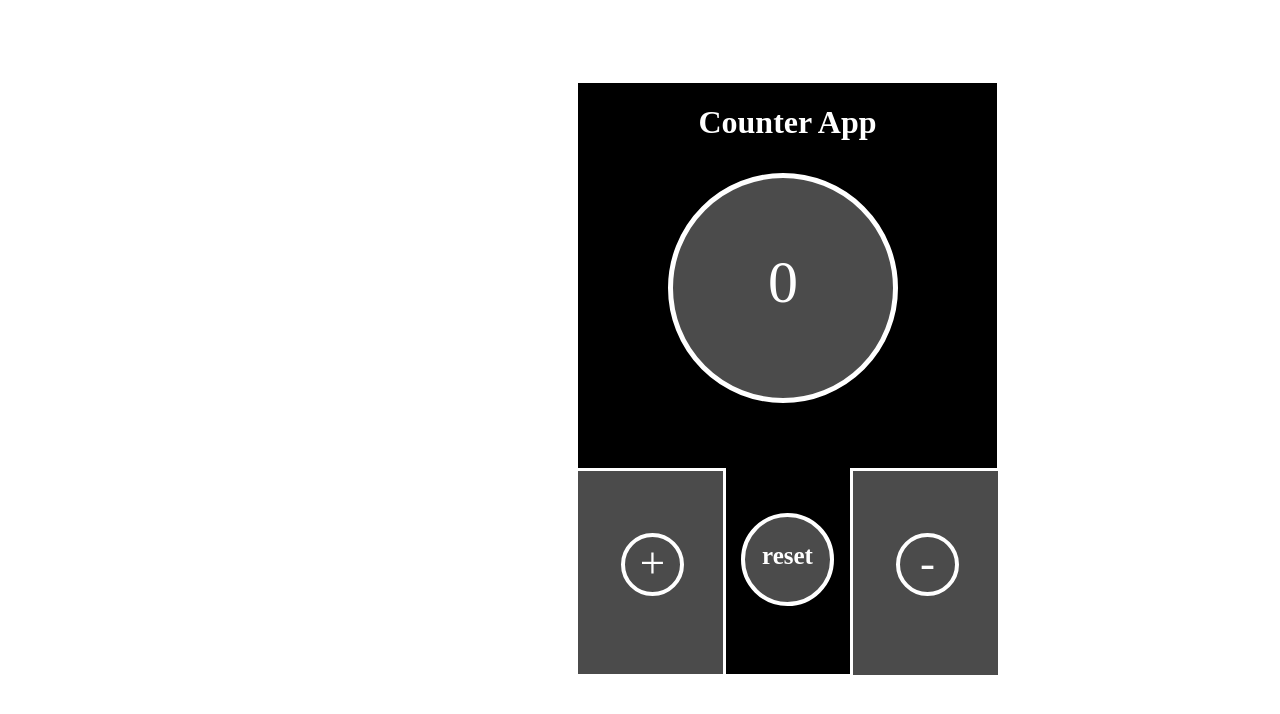
Repository: sara55m/Counter_App
Page: index.html
These files come from the project's save history. The page is drawn as it stood at one moment and after the next save; the edit follows.
The browser window is 1280 px wide. The pictures show the whole page.
The pointer rests on the first visible `.decrease`.

Above is the page before, as saved 2024-08-01 04:07:27.

### index.html
<!DOCTYPE html>
<html lang="en">
<head>
    <meta charset="UTF-8">
    <meta name="viewport" content="width=device-width, initial-scale=1.0">
    <title>Document</title>
    <link rel="stylesheet" href="css/style.css">
</head>
<body>
    <div class="container">
        <h1>Counter App</h1>
        <div class="main" id="main"><p class="one" id="one"></p></div>
        <div class="increase" id="increase" onclick="increase()"><div class="increase2">+</div></div>
        <div class="decrease" id="decrease" onclick="decrease()"><div class="decrease2">-</div></div>
        <div class="reset" onclick="reset_1()"><p class="third">reset</p></div>
    </div>
    <script src="js/script.js"></script>
</body>
</html>

### css/style.css
.container{
    position: absolute;
    top:80px;
    left:575px;
    height:591px;
    width:419px;
    background-color: black;
    border:3px solid white;
}
h1{
    text-align: center;
    color:white;
    margin-bottom: 10px;
}
p.one{
    text-align: center;
    font-size: 60px;

}

.main{
    position:absolute;
    top:90px;
    left:90px;
    height:200px;
    width:200px;
    border:5px solid white;
    background-color:#4b4b4b;
    font-size: 50px;
    padding:10px;
    color:white;
    border-radius:50%;

}

.increase{
    position:absolute;
    top:385px;
    left:0px;
    height:203px;
    width:145px;
    background-color:#4b4b4b;
    border-top:3px solid white;
    border-right: 3px solid white;
}
.increase:hover{
    background-color:#673030;

}

.increase .increase2{
    position:absolute;
    top:62px;
    left:43px;
    height:55px;
    width:55px;
    border-radius: 50%;
    border:4px solid white;
    background-color:#4b4b4b;
    text-align: center;
    font-size: 45px;
    color:white;
}

.decrease{
    position:absolute;
    top:385px;
    left:272px;
    background-color:#4b4b4b;
    height:204px;
    width:145px;
    border-top:3px solid white;
    border-left: 3px solid white;

}
.decrease .decrease2{
    position:absolute;
    top:62px;
    left:43px;
    height:55px;
    width:55px;
    border-radius: 50%;
    border:4px solid white;
    background-color:#4b4b4b;
    text-align: center;
    font-size: 45px;
    color:white;
}

.reset{
    position:absolute;
    top:430px;
    left:163px;
    height:85px;
    width:85px;
    border-radius: 50%;
    background-color:#4b4b4b;
    font-weight: bolder;
    border:4px solid white;

}

p.third{
    font-size: 25px;
    text-align: center;
    color:white;
}

### js/script.js
let count=0;
document.getElementById("one").innerHTML=count;
function increase(){
    count+=1;
    document.getElementById("one").innerHTML=count;
}

function reset_1(){
    count=0;
    document.getElementById("one").innerHTML=count;
}

count=0;
document.getElementById("one").innerHTML=count;
function decrease(){
    count-=1;
    document.getElementById("one").innerHTML=count;

}

After the next save:
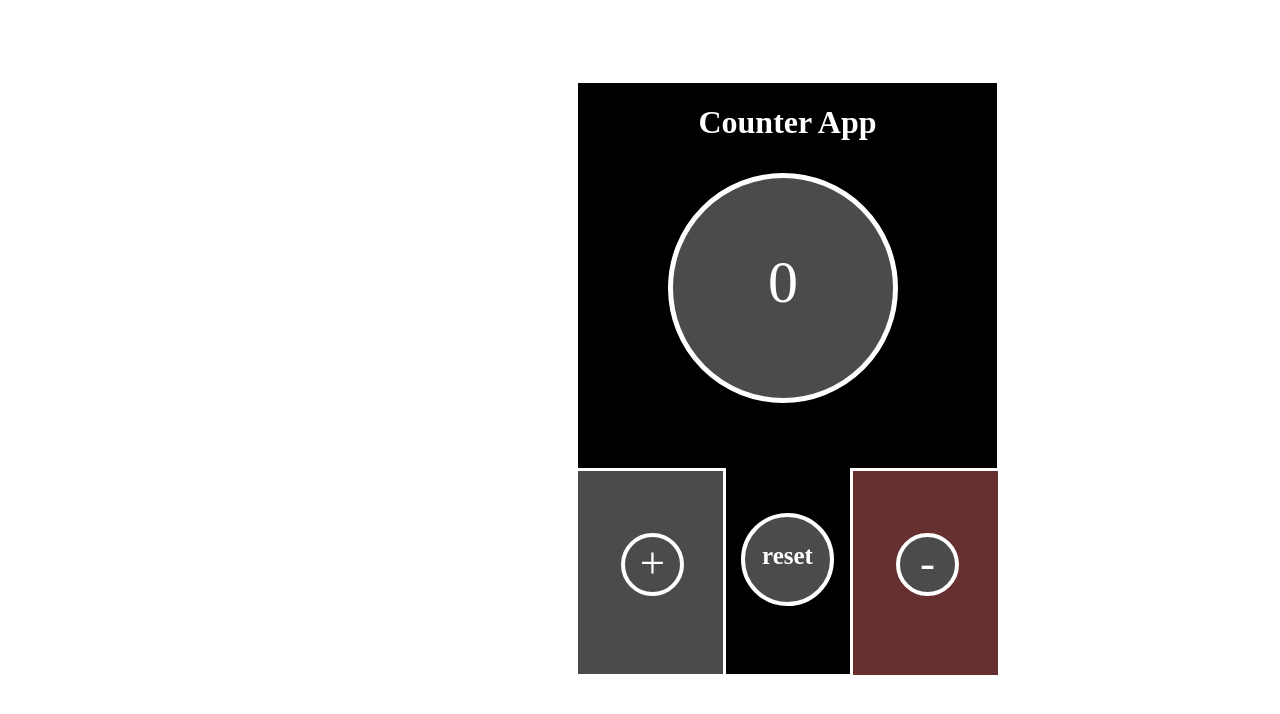
Saved 57 s later.
--- a/css/style.css
+++ b/css/style.css
@@ -73,6 +73,10 @@ p.one{
     border-left: 3px solid white;
 
 }
+.decrease:hover{
+    background-color:#673030;
+
+}
 .decrease .decrease2{
     position:absolute;
     top:62px;
@@ -99,6 +103,10 @@ p.one{
     border:4px solid white;
 
 }
+.reset:hover{
+    background-color:#673030;
+
+}
 
 p.third{
     font-size: 25px;
